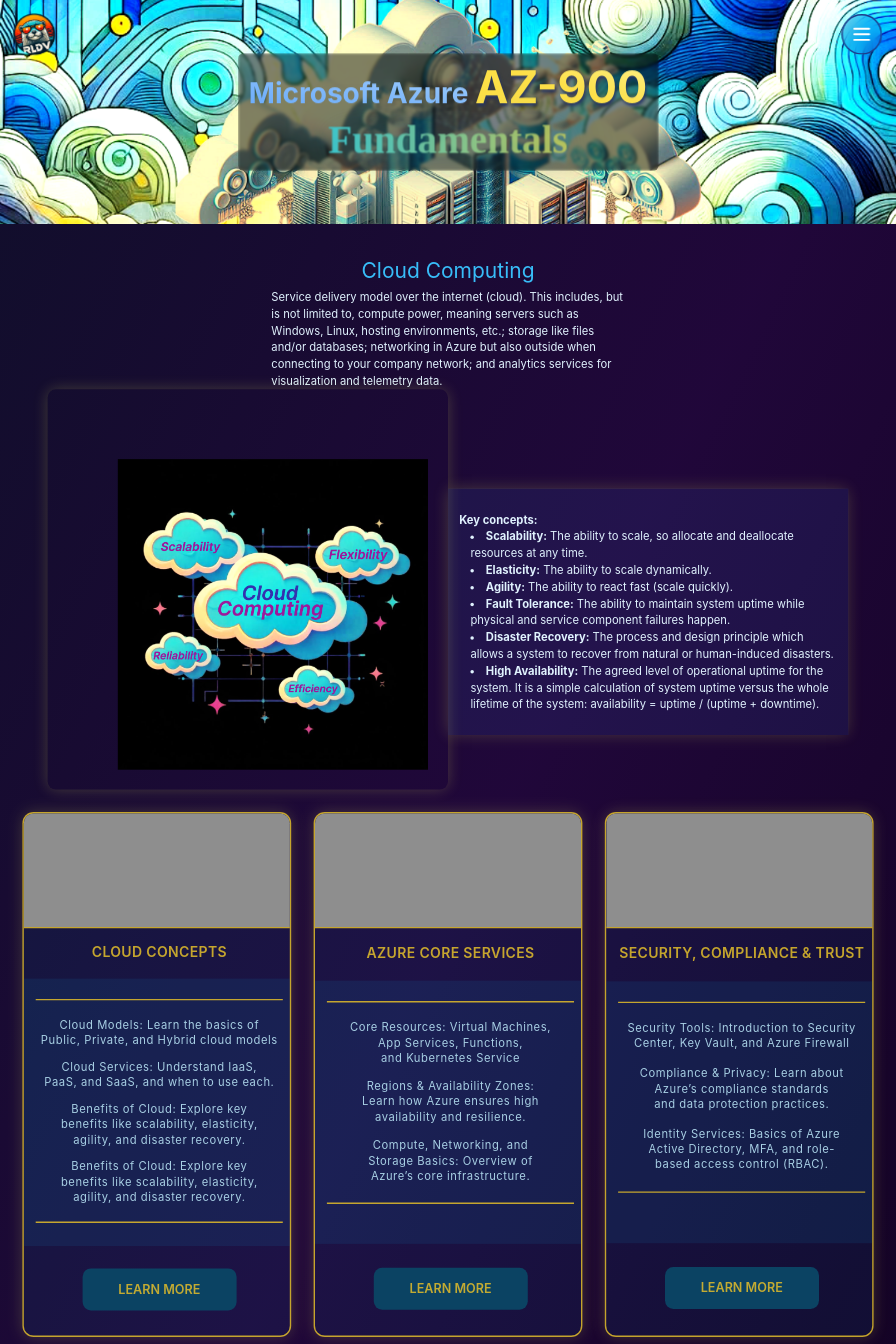
Repository: Freezler/az-900_svelte5
Page: /
The author's editor kept a copy of each file at every save. The page is drawn from the files as they stood at one save, then again after a run of saves.
The browser window is 1280 px wide. The pictures show the part of the page from y = 0 to 1920 px (the page is 2638 px tall), at 70% of full size.
Pictures or frames that could not be fetched are drawn as grey boxes. The project was rebuilt for these pictures with package versions that can differ from the ones it lists, and the page was loaded fresh each time. The framework's server and built-in components were replaced by stand-ins that run in the browser. Also part of the build but not shown: vite.config.ts.

Above is the page before, as saved 2024-11-10 10:47:35.

### src/app.html
<!doctype html>
<html lang="en">
	<head>
		<meta charset="utf-8" />
		<link rel="icon" href="%sveltekit.assets%/favicon.png" />
		<meta name="viewport" content="width=device-width, initial-scale=1" />
		%sveltekit.head%
	</head>
	<body data-sveltekit-preload-data="hover" >
		<div style="display: contents">%sveltekit.body%</div>
	</body>
</html>

### src/routes/+layout.svelte
<script lang="ts">
	import '../app.css';
	let { children } = $props();

</script>

<div class="bg-gradient-to-br from-[#0d0c28fc] via-[#1b0135f9] to-[#10021e] bg-cover bg-center bg-no-repeat ">{@render children()}</div>

### src/routes/+page.svelte
<script lang="ts">
	import ComputingArticle from '../components/ComputingArticle.svelte';

	import Toggle from '../components/Toggle.svelte';
	import Header from '../components/Header.svelte';
	import Popover from '../components/Menu.svelte';
	import Cards from '../components/Cards.svelte';
	import Login from '../components/Login.svelte';
</script>

<header class="">
	<Popover />
	<Header />
</header>
<main>
	<section>
		<ComputingArticle />
		<Cards />
	</section>
	<aside><Toggle /></aside>
	<footer><Login /></footer>
</main>

### src/app.css
@tailwind base;
@tailwind components;
@tailwind utilities;

:root {
  --text-color  : rgba(244, 205, 48, 0.888);
  --bg-color    : hsla(217, 87%, 3%, 0.298);
  --bg-color2   : hsla(299, 91%, 31%, 0.974);
  --bg-gradient : 135deg, rgba(237, 249, 10, .7) 0%, rgba(216, 204, 37, 0.7) 35%, rgba(0, 212, 255, 0.7) 100%;
  --bg-gradient2: 90deg, rgba(216, 204, 37, 0.5) 0%, rgba(0, 212, 255, 0.5) 70%;
}

* {
  margin     : 0;
  padding    : 0;
  box-sizing : border-box;
  user-select: none;
  /* outline : 1px dotted red; */
}

body {
  font-family: 'Inter', sans-serif;


}

### src/components/ComputingArticle.svelte
<div class="grid items-center justify-center gap-2 place-self-center text-sky-100 max-w-[50ch]  pt-12">
	<h2 class="text-3xl text-center text-sky-400">Cloud Computing</h2>
	<p>
		Service delivery model over the internet (cloud). This includes, but is not limited to, compute
		power, meaning servers such as Windows, Linux, hosting environments, etc.; storage like files
		and/or databases; networking in Azure but also outside when connecting to your company network;
		and analytics services for visualization and telemetry data.
	</p>
</div>

<section class="grid items-center grid-cols-1 lg:grid-cols-2 justify-center place-items-center place-self-center place-content-center gap-0	z-10 text-start">
	<img
		src="../public/images/cloud.png"
		alt="cloudSolutions"
		loading="lazy"

		class=" text-sky-100 w-screen md:w-[572px] place-self-center rounded-xl shadow-[0_0px_22px_rgba(255,255,99,0.2)]"
	/>
	<article
		class=" bg-blue-500/10  text-sky-100 px-4 py-8 w-[572px] mt-16 prounded-xl shadow-[0_0px_22px_rgba(255,255,99,0.2)]"
	>
		<p><strong>Key concepts:</strong></p>
		<ul class="list-inside list-disc pl-4">
			<li>
				<strong>Scalability:</strong> The ability to scale, so allocate and deallocate resources at any
				time.
			</li>
			<li><strong>Elasticity:</strong> The ability to scale dynamically.</li>
			<li><strong>Agility:</strong> The ability to react fast (scale quickly).</li>
			<li>
				<strong>Fault Tolerance:</strong> The ability to maintain system uptime while physical and service
				component failures happen.
			</li>
			<li>
				<strong>Disaster Recovery:</strong> The process and design principle which allows a system to
				recover from natural or human-induced disasters.
			</li>
			<li>
				<strong>High Availability:</strong> The agreed level of operational uptime for the system. It
				is a simple calculation of system uptime versus the whole lifetime of the system: availability
				= uptime / (uptime + downtime).
			</li>
		</ul>
	</article>
</section>

### src/components/Toggle.svelte
<script lang="ts">

	let name = $state('Randy');
	let status: 'DARK' | 'LIGHT' = $state('DARK');
	let full_name = $derived(name + ' ' + 'de vries');

	function toggle() {
		status = status === 'DARK' ? 'LIGHT' : 'DARK';
	}

	function onclick() {
		status = status === 'DARK' ? 'LIGHT' : 'DARK';
		window.document.body.classList.toggle('dark-mode')
	}
</script>

<div class="max-w-[400px] mx-auto grid place-items-center items-center justify-center gap-2 border-2 p-4  py-8 my-4 bg-yellow-600/10">
		<p class="text-2xl font-serif text-white ">
			set theme: <span class="font-sans {status === 'LIGHT' ? 'text-gray-200' : 'text-red-900'}">{status}</span>
		</p>

		<!-- <button on:click={toggle}>toggle status</button> -->
		<button
			class=" w-[176px] rounded bg-blue-500 px-4 py-2 font-bold text-white hover:bg-blue-700 active:scale-[.98]"
			type="button"
			onclick={toggle}>Toggle theme</button
		>
	</div>

### src/components/Header.svelte
<script lang="ts">
	// Declare props
	let { name = 'AZ-900' } = $props();

	// Local state for the surname
	let surname = $state('Fundamentals');

	// Derived state for the full name
	let full_name = $derived(`${name} ${surname}`);
</script>

<div
	class="max-w-[100svw] z-100 mx-auto grid h-80 place-content-center place-items-center items-center justify-center bg-[url('/public/images/headImage.png')] bg-cover bg-top"
>
	<div class="grid backdrop-blur-[2px] px-4 rounded-lg backdrop-brightness-[.50] pb-4">
		<h1
			class="shadow-[rgba(7, 25, 224, 0.9)] drop bg-clip-text text-center text-[clamp(1rem,5vw,2.5rem)] font-bold text-transparent bg-gradient-to-tr from-blue-400 via-blue-300 to-blue-700  drop-shadow-[-2px_2px_2px_rgba(137, 25, 224, 0.9)]"
		>
			Microsoft Azure <span
				class="bg-gradient-to-tr from-yellow-300 via-yellow-300 to-yellow-200 bg-clip-text text-[clamp(2.8rem,5vw,8.5rem)] font-bold text-transparent drop-shadow-[2px_4px_2px_rgba(36,50,100,0.9)]"
				>{name}</span
			>
		</h1>
		<h3
			class="bg-clip-text text-6xl text-center text-[clamp(1rem,5vw,3.5rem)] font-[700] font-[montserrat] bg-gradient-to-r from-[hsl(192,88%,51%)] via-[--hsl(192,88%,71%)] to-[--text-color]  pb- text-transparent drop-shadow-[2px_4px_32px_rgba(6,100,150,0.9)] backdrop-brightness-[.90] "
		>
			{surname}
		</h3>
	</div>
</div>

### src/components/Menu.svelte
<script lang="ts">
	import { cubicInOut } from 'svelte/easing';
	import { fly } from 'svelte/transition';
	let showMenu: boolean = $state(false);


</script>

	<!-- Your existing code -->

<img
	src="/public/images/Design 2.png"
	alt="Ran form Logo"
	class="fixed left-[16px] top-[16px] w-[64px] rounded-full z-[200]"
/>
<button
	onclick={() => (showMenu = !showMenu)}
	class="fixed right-[20px] top-[20px] flex  h-[58px] w-[58px] items-center justify-center rounded-full bg-blue-600/20 backdrop-blur text-white border-2 border-blue-900"
>
	<svg
		xmlns="http://www.w3.org/2000/svg"
		class="h-8 w-8"
		fill="none"
		viewBox="0 0 24 24"
		stroke="currentColor"
	>
		{#if showMenu}
			<path
				stroke-linecap="round"
				stroke-linejoin="round"
				stroke-width="2"
				d="M6 18L18 6M6 6l12 12"
			/>
		{:else}
			<path
				stroke-linecap="round"
				stroke-linejoin="round"
				stroke-width="2"
				d="M4 6h16M4 12h16M4 18h16"
			/>
		{/if}
	</svg>
</button>

{#if showMenu}
	<ul
		class="items-center justify-center fixed bottom-0 right-0 z-100 grid h-[50vh] w-[100vw] border-t border-blue-900 place-content-center bg-blue-600/20 backdrop-blur text-white uppercase text-center text-xl z-[200]"
		transition:fly={{ y: 100, duration: 420, easing: cubicInOut }}
	>
		<li class="px-2 py-4 w-[80vw] underline underline-offset-4 transition-colors ease-linear duration-400 hover:bg-blue-600/20 rounded-t-lg  bg-blue-200/30">
			<a href="/">Home</a>
		</li>
		<li class=" px-2 py-4 transition-colors hover:underline underline-offset-4  ease-linear duration-400 hover:bg-blue-600/20  bg-blue-200/30">
			<a href="/concepts">Concepts</a>
		</li>
		<li class=" px-2 py-4 transition-colors hover:underline underline-offset-4 ease-linear duration-400 hover:bg-blue-600/20  bg-blue-200/30">
			<a href="/security">Security</a>
		</li>
		<li class="px-2 py-4 transition-colors  hover:underline underline-offset-4 ease-linear duration-400 hover:bg-blue-600/20 rounded-b-lg  bg-blue-200/30">
			<a href="/services">Services</a>
		</li>
	</ul>
{/if}

### src/components/Cards.svelte
<script>
	import { goto } from '$app/navigation';
	// Define your plans as an array of objects
	const concepts = [
		{
			url: 'concepts',
			image:
				'https://learn.microsoft.com/training/achievements/microsoft-azure-fundamentals-describe-cloud-concepts-social.png',
			name: 'Cloud Concepts',
			features: [
				'Cloud Models: Learn the basics of Public, Private, and Hybrid cloud models',
				'Cloud Services: Understand IaaS, PaaS, and SaaS, and when to use each.',
				'Benefits of Cloud: Explore key benefits like scalability, elasticity, agility, and disaster recovery.',
				'Benefits of Cloud: Explore key benefits like scalability, elasticity, agility, and disaster recovery.'

			]
		},
		{
			url: 'services',
			image:
				'https://images.unsplash.com/photo-1667372459510-55b5e2087cd0?q=80&w=1932&auto=format&fit=crop&ixlib=rb-4.0.3&ixid=M3wxMjA3fDB8MHxwaG90by1wYWdlfHx8fGVufDB8fHx8fA%3D%3D',
			name: 'Azure Core Services',
			features: [
				'Core Resources: Virtual Machines, App Services, Functions, and Kubernetes Service',
				'Regions & Availability Zones: Learn how Azure ensures high availability and resilience.',
				'Compute, Networking, and Storage Basics: Overview of Azure’s core infrastructure.'
			]
		},
		{
			url: 'security',
			image:
				'https://plus.unsplash.com/premium_photo-1700830452756-1a3f4314e564?q=80&w=1674&auto=format&fit=crop&ixlib=rb-4.0.3&ixid=M3wxMjA3fDB8MHxwaG90by1wYWdlfHx8fGVufDB8fHx8fA%3D%3D',
			name: 'Security, Compliance & Trust',
			features: [
				'Security Tools: Introduction to Security Center, Key Vault, and Azure Firewall',
				'Compliance & Privacy: Learn about Azure’s compliance standards and data protection practices.',
				'Identity Services: Basics of Azure Active Directory, MFA, and role-based access control (RBAC).'
			]
		}
	];
</script>

<section
	class="z-10 grid grid-rows-1 gap-8 py-8 md:grid-cols-2 md:gap-8 md:px-8 xl:grid-cols-3"
>
	{#each concepts as concept}
		<div
			class=" pt-1  grid grid-rows-[148px_64px_auto_auto] place-items-center overflow-hidden rounded-2xl border-2 border-[--text-color] bg-sky-600/10 pb-9 shadow-[0_0px_22px_rgba(255,255,99,0.2)] brightness-90 transition duration-700 hover:scale-[1.001] hover:border-[hsla(184,69%,60%,1)] hover:shadow-[2px_6px_12px_rgba(22,125,22,0.9)]"
		>
			<img
				src={concept.image}
				class=" z-10 h-[172px] pt-2  w-full border-b-2 border-[--text-color] object-cover object-center hover:border-[hsla(184,69%,60%,1)]"
				loading="lazy"
				alt="concept"
			/>
			<div class="row-span-2 grid grid-cols-subgrid place-items-center items-center justify-center">
				<h2 class="] mt-[28px] text-xl font-semibold uppercase tracking-wide text-[--text-color]">
					{concept.name}
				</h2>
			</div>

			<div
				class=" row-span-12 my-5 w-full grid grid-rows-subgrid place-items-start items-start gap-4 text-pretty border border-transparent bg-sky-500/10 px-4 pt-7 pb-6 text-center"
			>
				{#each concept.features as feature}
					<h3
						class="border-b-1 mx-auto  grid w-[35ch]  grid-rows-subgrid text-balance border-[--text-color] px-0 text-[14px] font-normal leading-snug tracking-wider text-sky-200 py-0 first:border-t-2 first:pt-6 last:pb-6 last:border-b-2 lg:text-[16px] border-s-fuchsia-400 ">
						{feature}
					</h3>
				{/each}
			</div>
			<button
				type="button"
				class="mx-auto mt-3 w-[220px] grid-cols-subgrid rounded-xl border-[2px_solid_var(--text-color)] bg-sky-900 px-8 py-4 text-base font-semibold uppercase text-[--text-color] transition duration-[420ms] hover:bg-sky-500 hover:text-white hover:shadow-[2px_2px_22px_rgb(65,183,255,0.9)] md:text-lg lg:text-lg"
				><a href="/{concept.url}">Learn more</a></button
			>
		</div>
	{/each}
</section>

### src/components/Login.svelte
<script>
	import { onMount } from 'svelte';
	let user = $state('Stranger');
	/**
	 * @param {any} response
	 */
	function googleLoginEndpoint(response) {
	  console.log('Google login successful:', response);
	}

	// onMount(() => {
	//   const script = document.createElement("script");
	//   script.src = "https://accounts.google.com/gsi/client";
	//   script.async = true;
	//   script.defer = true;
	//   document.head.appendChild(script);
	// });
</script>

<div class="relative flex min-h-[60vh] items-center justify-center py-16 ">
	<div class="flex w-full max-w-4xl flex-col overflow-hidden rounded-lg shadow-lg md:flex-row">
		<!-- Left side: Logo and Welcome message -->
		<div
			class="flex flex-col items-center justify-center bg-[url('/public/images/headImage.png')] bg-cover bg-center object-cover p-14 text-white md:w-1/2 "
		>
			<img
				src="/public/images/Design 2.png"
				alt="Ran form Logo"
				class="mb-4 h-40 w-40 rounded-full"
			/>
			<h2 class="text-2xl font-semibold p-2 rounded-xl bg-slate-600/50  ">Good Evening {user}!</h2>
			<p class="mt-2 text-center text-lg rounded-xl bg-slate-600/50  p-2 ">Log in to your account!</p>
		</div>

		<!-- Right side: Login Form -->
		<div
			class="flex flex-col items-center justify-center  h-[50vh] bg-blue-600/40 backdrop-blur pt-8 "
		>
			<!-- Google Login Button -->
			<div
				id="g_id_onload"
				data-client_id="YOUR_GOOGLE_CLIENT_ID"
				data-context="signin"
				data-callback="googleLoginEndpoint"
				data-close_on_tap_outside="false"
				data-prompt_parent_id="g_id_onload"
			></div>

			<button
				class="flex w-3/5 items-center justify-center space-x-2 rounded-full border border-gray-300 bg-white py-2 shadow-md hover:bg-gray-50 focus:outline-none"
			>
				<span class="fab fa-google text-gray-500"></span>
				<span class="text-gray-700">Continue with Google</span>
			</button>

			<!-- Divider -->
			<div class="my-4 flex w-full items-center">
				<hr class="flex-grow border-t border-gray-300" />
				<span class="px-3 text-gray-500">OR</span>
				<hr class="flex-grow border-t border-gray-300" />
			</div>

			<!-- Email Login Button -->
			<button
				class="flex w-3/5 items-center justify-center space-x-2 rounded-full border border-gray-300 bg-white py-2 shadow-md hover:bg-gray-50 focus:outline-none"
			>
				<span class="fa fa-user text-gray-500"></span>
				<span class="text-gray-700">Enter Email & Password</span>
			</button>

			<!-- Sign up and Terms Links -->
			<div class=" w-full text-center">
				<p class="text-sm text-red-300">
					Don't have an account? <a href="_blank" class="text-blue-600 hover:underline">Sign up</a>
				</p>
				<p class="mt-0 text-xs text-gray-500 w-[50ch]">
					By continuing, you agree to our <a href="_blank" target="_blank" class="hover:underline"
						>Terms of Service</a
					>
					and
					<a href="_blank" target="_blank" class="hover:underline">Privacy Policy</a>.
				</p>
			</div>
		</div>
	</div>
</div>

### tailwind.config.ts
import aspectRatio from '@tailwindcss/aspect-ratio';
import containerQueries from '@tailwindcss/container-queries';
import forms from '@tailwindcss/forms';
import typography from '@tailwindcss/typography';
// import type { Config } from 'tailwindcss';

export default {
	content: ['./src/**/*.{html,js,svelte,ts}'],


	theme: {
		extend: {
			animation: {



			},

			keyframes: {

			}

		}
	},

	plugins: [typography, forms, containerQueries, aspectRatio]
}

After the next 4 saves:
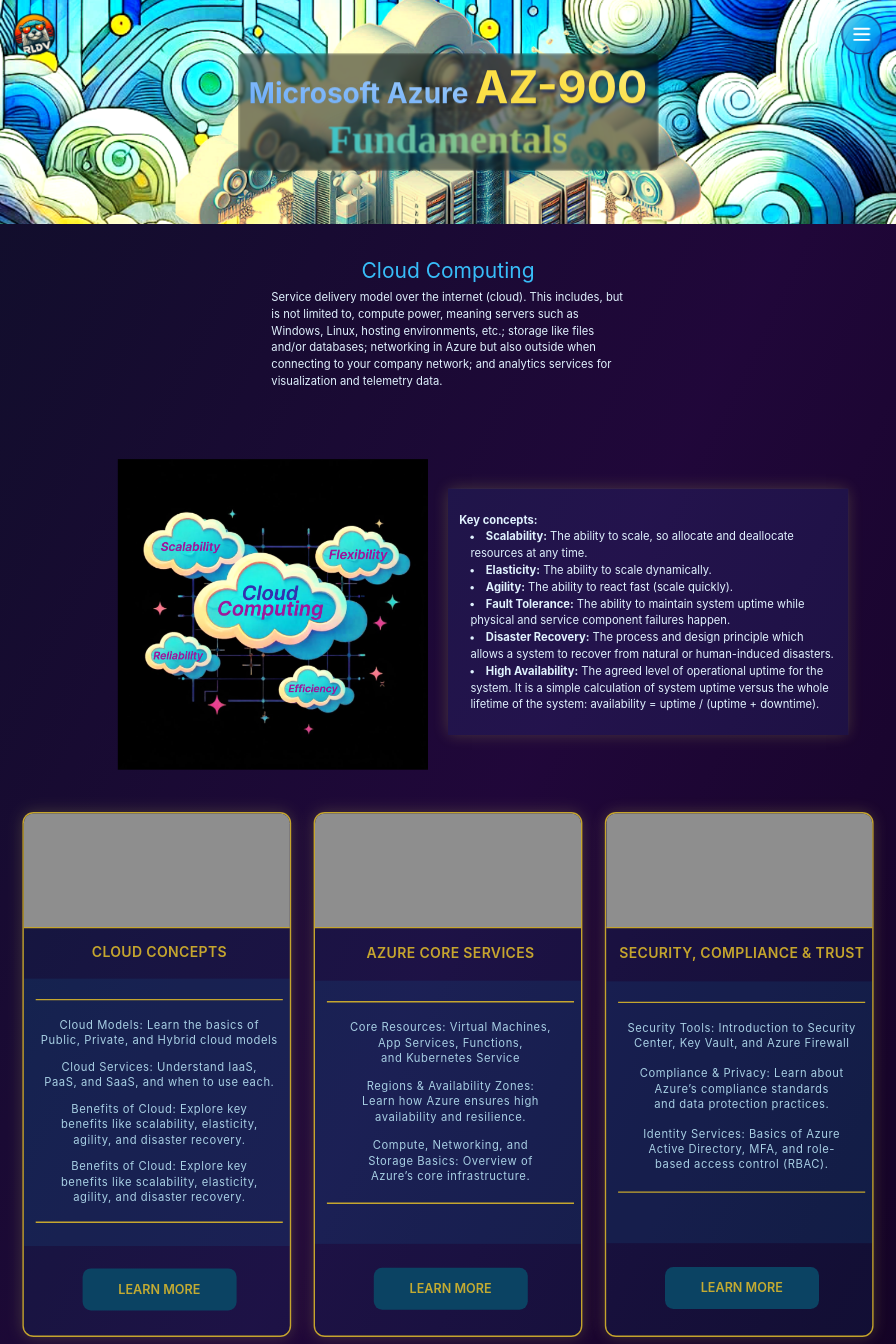
The 4 saves are shown as one change because they came seconds apart.
The last was saved 19 s later.
--- a/src/components/ComputingArticle.svelte
+++ b/src/components/ComputingArticle.svelte
@@ -14,7 +14,7 @@
 		alt="cloudSolutions"
 		loading="lazy"
 
-		class=" text-sky-100 w-screen md:w-[572px] place-self-center rounded-xl shadow-[0_0px_22px_rgba(255,255,99,0.2)]"
+		class=" text-sky-100 w-screen md:w-[572px] place-self-center rounded-xl p-o "
 	/>
 	<article
 		class=" bg-blue-500/10  text-sky-100 px-4 py-8 w-[572px] mt-16 prounded-xl shadow-[0_0px_22px_rgba(255,255,99,0.2)]"
